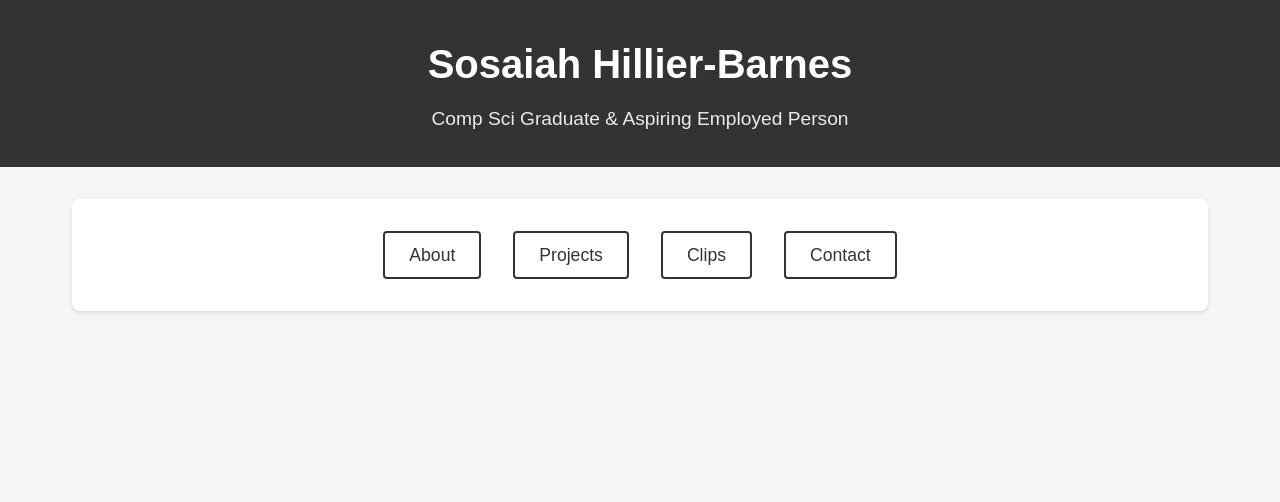
Repository: Hillier-Barnes/PortfolioWebsiteNew
Page: /
These files come from the project's save history. The page is drawn as it stood at one moment and after the next save; the edit follows.
The browser window is 1280 px wide. The pictures show the whole page.
The project was rebuilt for these pictures with package versions that can differ from the ones it lists, and the page was loaded fresh each time. Also part of the build but not shown: vite.config.js.

Above is the page before, as saved 2025-11-12 14:36:46.

After the next save:
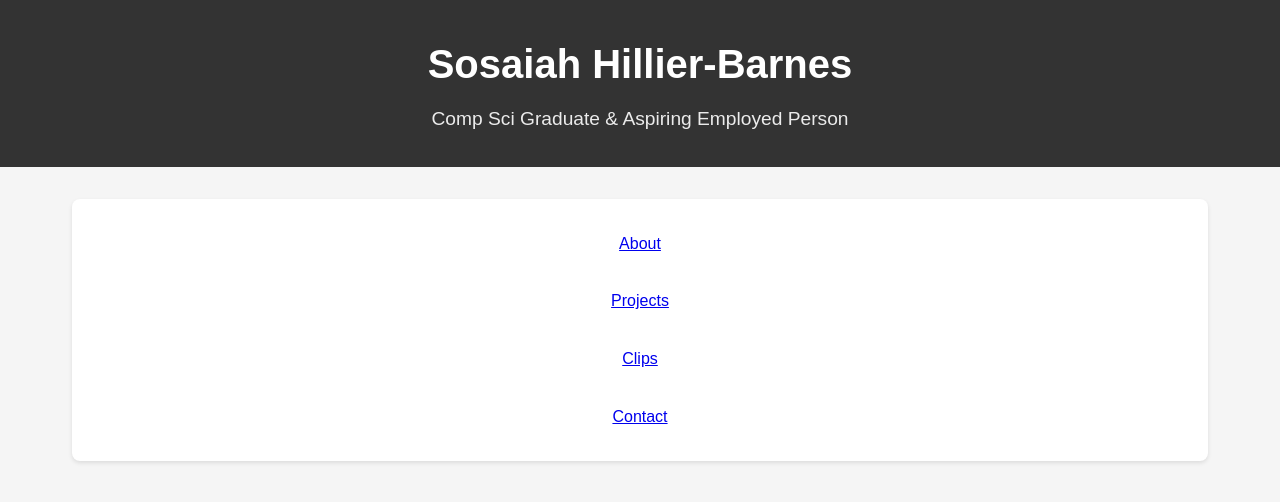
Saved 37 s later.
--- a/styles.css
+++ b/styles.css
@@ -40,13 +40,14 @@ header p {
 /* Navigation */
 nav {
   display: flex;
-  justify-content: center;
+  flex-direction: column;
+  align-items: center;
   gap: 2rem;
-  flex-wrap: wrap;
   padding: 2rem;
   background-color: white;
   border-radius: 8px;
   box-shadow: 0 2px 4px rgba(0,0,0,0.1);
+}
 }
 
 nav a {
